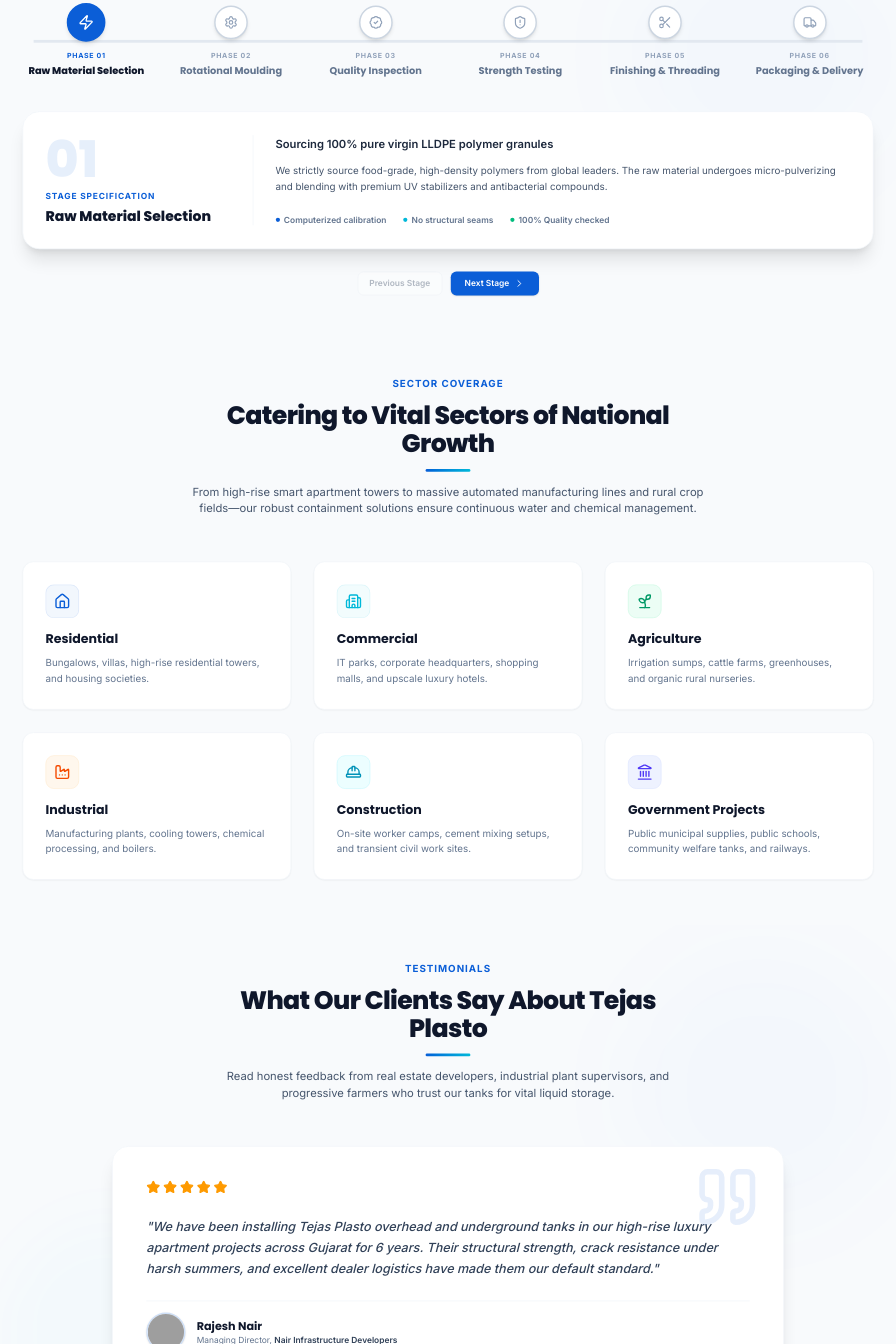
Repository: NikunjRajpara/TejasPlasto
Page: /
The author's editor kept a copy of each file at every save. The page is drawn from the files as they stood at one save, then again after the next save.
The browser window is 1280 px wide. The pictures show the part of the page from y = 4580 to 6500 px (the page is 10127 px tall before and 10103 px after), at 70% of full size.
Pictures or frames that could not be fetched are drawn as grey boxes. The project was rebuilt for these pictures with package versions that can differ from the ones it lists, and the page was loaded fresh each time. Also part of the build but not shown: vite.config.js, src/components/Certifications.jsx, src/components/QuoteModal.jsx.

Above is the page before, as saved 2026-07-08 17:06:19.

### index.html
<!doctype html>
<html lang="en">
  <head>
    <meta charset="UTF-8" />
    <meta name="viewport" content="width=device-width, initial-scale=1.0" />
    <title>Tejas Plasto - Strong, Safe, and Reliable Water Storage Tanks</title>
  </head>
  <body>
    <div id="root"></div>
    <script type="module" src="/src/main.jsx"></script>
  </body>
</html>

### src/main.jsx
import {StrictMode} from 'react';
import {createRoot} from 'react-dom/client';
import App from './App.jsx';
import './index.css';

const root = document.getElementById('root');

createRoot(root).render(
  <App />
);

### src/App.jsx
/**
 * @license
 * SPDX-License-Identifier-2.0
 */

import React, { useState } from 'react';
import Navbar from './components/Navbar';
import Hero from './components/Hero';
import CompanyOverview from './components/CompanyOverview';
import ProductCategories from './components/ProductCategories';
import WhyChooseUs from './components/WhyChooseUs';
import ManufacturingProcess from './components/ManufacturingProcess';
import IndustriesServed from './components/IndustriesServed';
import Certifications from './components/Certifications';
import Testimonials from './components/Testimonials';
import Gallery from './components/Gallery';
import FAQ from './components/FAQ';
import Contact from './components/Contact';
import Footer from './components/Footer';
import QuoteModal from './components/QuoteModal';

export default function App() {
	const [isQuoteOpen, setIsQuoteOpen] = useState(false);
	const [preSelectedCategory, setPreSelectedCategory] = useState(undefined);

	const handleOpenQuote = (category) => {
		setPreSelectedCategory(category);
		setIsQuoteOpen(true);
	};

	const handleCloseQuote = () => {
		setIsQuoteOpen(false);
		setPreSelectedCategory(undefined);
	};

	return (
		<div className="min-h-screen bg-slate-50 text-slate-800 antialiased selection:bg-primary/20 selection:text-primary">
			{/* Sticky Premium Header */}
			<Navbar onOpenQuote={() => handleOpenQuote()} />

			{/* Main Page Layout */}
			<main>
				{/* Hero Section */}
				<Hero onOpenQuote={() => handleOpenQuote()} />

				{/* Company Overview (About) */}
				<CompanyOverview />

				{/* Product Categories */}
				<ProductCategories onSelectProductForQuote={(cat) => handleOpenQuote(cat)} />

				{/* Why Choose Tejas Plasto */}
				<WhyChooseUs />

				{/* Manufacturing Process */}
				<ManufacturingProcess />

				{/* Industries Served */}
				<IndustriesServed />

				{/* Customer Testimonials Carousel */}
				<Testimonials />

				{/* Infrastructure & Project Gallery with Lightbox */}
				<Gallery />

				{/* Accordion FAQ Section */}
				<FAQ />

				{/* Contact Form & VATVA Map */}
				<Contact />
			</main>

			{/* Multi-column Polished Footer */}
			<Footer />

			{/* Interactive Sizing & Quote Request Calculator Modal */}
			<QuoteModal
				isOpen={isQuoteOpen}
				onClose={handleCloseQuote}
				initialCategory={preSelectedCategory}
			/>
		</div>
	);
}

### src/index.css
@import url('https://fonts.googleapis.com/css2?family=Poppins:wght@300;400;500;600;700;800&family=Inter:wght@300;400;500;600;700&display=swap');
@import "tailwindcss";

@theme {
  --font-sans: "Inter", ui-sans-serif, system-ui, sans-serif;
  --font-display: "Poppins", sans-serif;

  --color-primary: #0B5ED7;
  --color-secondary: #00B8D9;
  --color-accent: #F57C00;
  --color-dark-footer: #0E1726;
}

html {
  scroll-behavior: smooth;
  font-family: var(--font-sans);
}

.font-display {
  font-family: var(--font-display);
}

### src/components/Navbar.jsx
import React, { useState, useEffect } from 'react';
import { motion, AnimatePresence } from 'framer-motion';
import { Menu, X, Droplets, Phone, Calculator } from 'lucide-react';



export default function Navbar({ onOpenQuote }) {
	const [isScrolled, setIsScrolled] = useState(false);
	const [mobileMenuOpen, setMobileMenuOpen] = useState(false);
	const [activeSection, setActiveSection] = useState('home');

	const navLinks = [
		{ name: 'Home', href: '#home' },
		{ name: 'About', href: '#about' },
		{ name: 'Products', href: '#products' },
		{ name: 'Features', href: '#why-us' },
		{ name: 'Manufacturing', href: '#process' },

		{ name: 'Gallery', href: '#gallery' },
		{ name: 'FAQ', href: '#faq' },
		{ name: 'Contact', href: '#contact' },
	];

	useEffect(() => {
		const handleScroll = () => {
			setIsScrolled(window.scrollY > 20);

			// Simple active link detection
			const scrollPos = window.scrollY + 100;
			for (const link of navLinks) {
				const el = document.querySelector(link.href);
				if (el) {
					const offsetTop = el.offsetTop;
					const offsetHeight = el.offsetHeight;
					if (scrollPos >= offsetTop && scrollPos < offsetTop + offsetHeight) {
						setActiveSection(link.href.slice(1));
					}
				}
			}
		};

		window.addEventListener('scroll', handleScroll);
		return () => window.removeEventListener('scroll', handleScroll);
	}, []);

	return (
		<>
			<header
				className={`fixed top-0 left-0 right-0 z-40 transition-all duration-300 ${isScrolled
					? 'bg-white/80 backdrop-blur-md shadow-sm border-b border-slate-200/50 py-3'
					: 'bg-transparent py-5'
					}`}
				id="app-header"
			>
				<div className="max-w-7xl mx-auto px-4 sm:px-6 lg:px-8">
					<div className="flex items-center justify-between">
						{/* Logo */}
						<a href="#home" className="flex items-center gap-2.5 group" id="logo-link">
							<div className="w-10 h-10 bg-primary rounded-xl flex items-center justify-center text-white shadow-md shadow-primary/20 group-hover:scale-105 transition-transform">
								<Droplets className="w-6 h-6 animate-pulse" />
							</div>
							<div>
								<span className="font-display font-bold text-xl tracking-tight text-slate-900">
									TEJAS <span className="text-secondary">PLASTO</span>
								</span>
								<span className="block text-[9px] text-slate-500 font-semibold tracking-widest uppercase -mt-1">
									Water Storage Solutions
								</span>
							</div>
						</a>

						{/* Desktop Navigation */}
						<nav className="hidden lg:flex items-center gap-1" id="desktop-nav">
							{navLinks.map((link) => (
								<a
									key={link.name}
									href={link.href}
									className={`px-3.5 py-2 rounded-lg text-sm font-medium transition-colors ${activeSection === link.href.slice(1)
										? 'text-primary bg-primary/5'
										: 'text-slate-600 hover:text-slate-900 hover:bg-slate-50'
										}`}
								>
									{link.name}
								</a>
							))}
						</nav>

						{/* CTA Buttons */}
						<div className="hidden sm:flex items-center gap-3">
							<a
								href="tel:+919898625850"
								className="flex items-center gap-2 text-sm font-medium text-slate-600 hover:text-primary transition-colors px-3 py-2"
								id="header-phone-link"
							>
								<Phone className="w-4 h-4 text-primary" />
								<span className="hidden md:inline">+91 98986 25850</span>
							</a>
							<button
								onClick={onOpenQuote}
								className="px-4 py-2 bg-primary hover:bg-primary/95 text-white text-sm font-semibold rounded-xl flex items-center gap-2 shadow-md shadow-primary/10 transition-all hover:translate-y-[-1px]"
								id="header-quote-btn"
							>
								<Calculator className="w-4 h-4" /> Get a Quote
							</button>
						</div>

						{/* Mobile Toggle */}
						<button
							onClick={() => setMobileMenuOpen(!mobileMenuOpen)}
							className="lg:hidden p-2 rounded-xl border border-slate-200/60 hover:bg-slate-50 text-slate-700 transition-colors"
							aria-label="Toggle menu"
							id="mobile-menu-toggle"
						>
							{mobileMenuOpen ? <X className="w-6 h-6" /> : <Menu className="w-6 h-6" />}
						</button>
					</div>
				</div>
			</header>

			{/* Mobile Menu Drawer */}
			{/* Mobile Menu Drawer */}
			<AnimatePresence>
				{mobileMenuOpen && (
					<>
						{/* Backdrop */}
						<motion.div
							initial={{ opacity: 0 }}
							animate={{ opacity: 1 }}
							exit={{ opacity: 0 }}
							onClick={() => setMobileMenuOpen(false)}
							className="fixed inset-0 bg-slate-900/30 backdrop-blur-xs z-30 lg:hidden"
							id="mobile-nav-backdrop"
						/>

						{/* Drawer */}
						<motion.div
							initial={{ x: '100%' }}
							animate={{ x: 0 }}
							exit={{ x: '100%' }}
							transition={{ type: 'tween', duration: 0.3 }}
							className="fixed top-0 right-0 bottom-0 w-80 bg-white z-35 shadow-2xl flex flex-col p-6 lg:hidden"
							id="mobile-nav-drawer"
						>
							{/* Existing drawer content */}
						</motion.div>
					</>
				)}
			</AnimatePresence>
		</>
	);
}

### src/components/WhyChooseUs.jsx
import React from 'react';
import { motion } from 'motion/react';
import { ShieldCheck, Sun, Droplets, Sparkles, Activity, ShieldAlert, Wrench, Award, ArrowRight } from 'lucide-react';
import { FEATURES } from '../data';

export default function WhyChooseUs() {
	const getIcon = (iconName) => {
		switch (iconName) {
			case 'ShieldCheck':
				return <ShieldCheck className="w-6 h-6 text-emerald-600" />;
			case 'Sun':
				return <Sun className="w-6 h-6 text-orange-600" />;
			case 'Droplets':
				return <Droplets className="w-6 h-6 text-blue-600" />;
			case 'Sparkles':
				return <Sparkles className="w-6 h-6 text-teal-600" />;
			case 'Activity':
				return <Activity className="w-6 h-6 text-primary" />;
			case 'ShieldAlert':
				return <ShieldAlert className="w-6 h-6 text-rose-600" />;
			case 'Wrench':
				return <Wrench className="w-6 h-6 text-indigo-600" />;
			case 'Award':
				return <Award className="w-6 h-6 text-amber-600" />;
			default:
				return <ShieldCheck className="w-6 h-6 text-primary" />;
		}
	};

	const getBgColor = (iconName) => {
		switch (iconName) {
			case 'ShieldCheck': return 'bg-emerald-50 text-emerald-700';
			case 'Sun': return 'bg-orange-50 text-orange-700';
			case 'Droplets': return 'bg-blue-50 text-blue-700';
			case 'Sparkles': return 'bg-teal-50 text-teal-700';
			case 'Activity': return 'bg-blue-50 text-blue-700';
			case 'ShieldAlert': return 'bg-rose-50 text-rose-700';
			case 'Wrench': return 'bg-indigo-50 text-indigo-700';
			case 'Award': return 'bg-amber-50 text-amber-700';
			default: return 'bg-blue-50 text-blue-700';
		}
	};

	return (
		<section id="why-us" className="py-13 bg-white relative overflow-hidden">
			{/* Visual background accents */}
			<div className="absolute top-1/2 left-10 w-72 h-72 bg-orange-500/3 rounded-full blur-2xl pointer-events-none" />

			<div className="max-w-7xl mx-auto px-4 sm:px-6 lg:px-8 relative z-10">

				{/* Section Header */}
				<div className="text-center max-w-3xl mx-auto mb-16 space-y-4">
					<span className="text-sm font-bold text-primary uppercase tracking-widest block">THE TEJAS PLASTO EDGE</span>
					<h2 className="text-3xl sm:text-4xl font-display font-extrabold text-slate-900 tracking-tight">
						Excellence Engineering. Ultimate Liquid Safety.
					</h2>
					<div className="w-16 h-1 bg-gradient-to-r from-primary to-secondary mx-auto rounded" />
					<p className="text-slate-600">
						We build tanks with precise multi-layer engineering to isolate your stored water from intense heat, external impacts, algae formation and structural cracking.
					</p>
				</div>
				{/* Feature Cards Grid */}
				<div
					className="flex flex-wrap justify-center gap-6"
					id="features-cards-grid"
				>
					{FEATURES.map((feat, index) => (
						<motion.div
							key={feat.id}
							whileHover={{ y: -6 }}
							transition={{ duration: 0.2 }}
							className="w-full sm:w-[calc(50%-12px)] lg:w-[calc(25%-18px)] p-8 bg-slate-50 border border-slate-200 rounded-3xl flex flex-col justify-between hover:bg-white hover:shadow-xl hover:border-slate-300 transition-all group"
						>
							<div className="space-y-6">
								{/* Icon wrapper */}
								<div
									className={`w-12 h-12 rounded-2xl flex items-center justify-center ${getBgColor(
										feat.iconName
									)} group-hover:scale-110 transition-transform`}
								>
									{getIcon(feat.iconName)}
								</div>

								<div className="space-y-1.5">
									<h3 className="font-display font-bold text-slate-900 text-base">
										{feat.title}
									</h3>
									<p className="text-xs text-slate-500 leading-relaxed">
										{feat.description}
									</p>
								</div>
							</div>

							{/* Bottom Text */}
							<div className="pt-4 mt-4 border-t border-slate-200/50 flex items-center text-[10px] font-bold text-slate-400 group-hover:text-primary transition-colors">
								ENGINEERED GUARANTEE • 100% RELIABLE
							</div>
						</motion.div>
					))}
				</div>

			</div>
		</section>
	);
}

### src/components/IndustriesServed.jsx
import React from 'react';
import { motion } from 'motion/react';
import { Home, Building2, Sprout, Factory, HardHat, Landmark } from 'lucide-react';
import { INDUSTRIES } from '../data';

export default function IndustriesServed() {
  const getIcon = (iconName) => {
    switch (iconName) {
      case 'Home': return <Home className="w-6 h-6 text-primary" />;
      case 'Building2': return <Building2 className="w-6 h-6 text-secondary" />;
      case 'Sprout': return <Sprout className="w-6 h-6 text-emerald-600" />;
      case 'Factory': return <Factory className="w-6 h-6 text-orange-600" />;
      case 'HardHat': return <HardHat className="w-6 h-6 text-cyan-600" />;
      case 'Milestone': return <Landmark className="w-6 h-6 text-indigo-600" />;
      default: return <Home className="w-6 h-6 text-primary" />;
    }
  };

  const getAccentBg = (iconName) => {
    switch (iconName) {
      case 'Home': return 'bg-primary/5 text-primary border-primary/10';
      case 'Building2': return 'bg-secondary/5 text-secondary border-secondary/10';
      case 'Sprout': return 'bg-emerald-50 text-emerald-600 border-emerald-100';
      case 'Factory': return 'bg-orange-50 text-orange-600 border-orange-100';
      case 'HardHat': return 'bg-cyan-50 text-cyan-600 border-cyan-100';
      case 'Milestone': return 'bg-indigo-50 text-indigo-600 border-indigo-100';
      default: return 'bg-blue-50 text-blue-600 border-blue-100';
    }
  };

  return (
    <section id="industries" className="py-16 bg-slate-50 relative overflow-hidden">
      <div className="max-w-7xl mx-auto px-4 sm:px-6 lg:px-8 relative z-10">

        {/* Section Header */}
        <div className="text-center max-w-3xl mx-auto mb-16 space-y-4">
          <span className="text-sm font-bold text-primary uppercase tracking-widest block">SECTOR COVERAGE</span>
          <h2 className="text-3xl sm:text-4xl font-display font-extrabold text-slate-900 tracking-tight">
            Catering to Vital Sectors of National Growth
          </h2>
          <div className="w-16 h-1 bg-gradient-to-r from-primary to-secondary mx-auto rounded" />
          <p className="text-slate-600">
            From high-rise smart apartment towers to massive automated manufacturing lines and rural crop fields—our robust containment solutions ensure continuous water and chemical management.
          </p>
        </div>

        {/* Sector Grid */}
        <div className="grid grid-cols-1 sm:grid-cols-2 lg:grid-cols-3 gap-8" id="industries-grid">
          {INDUSTRIES.map((ind, index) => (
            <motion.div
              key={ind.name}
              initial={{ opacity: 0, y: 15 }}
              whileInView={{ opacity: 1, y: 0 }}
              viewport={{ once: true, margin: '-40px' }}
              transition={{ delay: index * 0.05, duration: 0.4 }}
              className="bg-white border border-slate-100 p-8 rounded-2xl shadow-xs hover:shadow-xl hover:border-slate-100 transition-all group relative flex flex-col justify-between"
            >
              <div className="space-y-4">
                {/* Icon Circle */}
                <div className={`w-12 h-12 rounded-xl flex items-center justify-center border ${getAccentBg(ind.icon)} group-hover:scale-110 transition-transform`}>
                  {getIcon(ind.icon)}
                </div>

                <div className="space-y-2">
                  <h3 className="font-display font-bold text-slate-900 text-lg">
                    {ind.name}
                  </h3>
                  <p className="text-xs sm:text-sm text-slate-500 leading-relaxed">
                    {ind.description}
                  </p>
                </div>
              </div>

              {/* Bottom decorative anchor tag */}

            </motion.div>
          ))}
        </div>

      </div>
    </section>
  );
}

### src/components/FAQ.jsx
import React, { useState } from 'react';
import { motion, AnimatePresence } from 'motion/react';
import { HelpCircle, ChevronDown, ChevronUp } from 'lucide-react';
import { FAQS } from '../data';

export default function FAQ() {
  const [openId, setOpenId] = useState('faq1');

  const toggleFAQ = (id) => {
    setOpenId(prev => (prev === id ? null : id));
  };

  return (
    <section id="faq" className="py-16 bg-white relative overflow-hidden">
      <div className="absolute left-0 top-1/3 w-72 h-72 bg-secondary/2 rounded-full blur-2xl pointer-events-none" />

      <div className="max-w-4xl mx-auto px-4 sm:px-6 lg:px-8 relative z-10">

        {/* Section Header */}
        <div className="text-center max-w-2xl mx-auto mb-16 space-y-4">
          <span className="text-sm font-bold text-primary uppercase tracking-widest block">LEARN MORE</span>
          <h2 className="text-3xl sm:text-4xl font-display font-extrabold text-slate-900 tracking-tight">
            Frequently Asked Questions
          </h2>
          <div className="w-16 h-1 bg-gradient-to-r from-primary to-secondary mx-auto rounded" />
          <p className="text-slate-600">
            Have structural or installation questions? Browse through our technical guide or reach out to our support helpline.
          </p>
        </div>

        {/* Accordion List */}
        <div className="space-y-4" id="faq-accordions">
          {FAQS.map((faq) => {
            const isOpen = openId === faq.id;

            return (
              <div
                key={faq.id}
                className={`border rounded-3xl transition-all duration-300 ${
                  isOpen
                    ? 'border-primary bg-slate-50/50 shadow-sm'
                    : 'border-slate-200 hover:border-slate-300 bg-white'
                }`}
                id={`faq-item-${faq.id}`}
              >
                {/* Trigger Header Button */}
                <button
                  onClick={() => toggleFAQ(faq.id)}
                  className="w-full text-left px-6 py-5 flex items-center justify-between gap-4 font-display font-bold text-slate-800 hover:text-slate-900 focus:outline-none transition-colors cursor-pointer"
                >
                  <span className="flex items-center gap-3 text-sm sm:text-base">
                    <HelpCircle className={`w-5 h-5 shrink-0 ${isOpen ? 'text-primary' : 'text-slate-400'}`} />
                    {faq.question}
                  </span>
                  {isOpen ? (
                    <ChevronUp className="w-5 h-5 text-primary shrink-0" />
                  ) : (
                    <ChevronDown className="w-5 h-5 text-slate-400 shrink-0" />
                  )}
                </button>

                {/* Collapsible Answer Pane */}
                <AnimatePresence initial={false}>
                  {isOpen && (
                    <motion.div
                      initial={{ height: 0, opacity: 0 }}
                      animate={{ height: 'auto', opacity: 1 }}
                      exit={{ height: 0, opacity: 0 }}
                      transition={{ duration: 0.25, ease: 'easeInOut' }}
                      className="overflow-hidden"
                    >
                      <div className="px-6 pb-6 pt-1 text-xs sm:text-sm text-slate-600 leading-relaxed border-t border-slate-100 mt-1">
                        {faq.answer}
                      </div>
                    </motion.div>
                  )}
                </AnimatePresence>
              </div>
            );
          })}
        </div>

        {/* Sticky footer help block */}
        <div className="mt-12 text-center bg-slate-50 border border-slate-200 p-6 rounded-3xl flex flex-col sm:flex-row items-center justify-between gap-4 max-w-2xl mx-auto">
          <div className="text-left space-y-1">
            <h4 className="font-display font-bold text-sm text-slate-900">Still have unanswered questions?</h4>
            <p className="text-xs text-slate-500">Our commercial engineers are ready to assist you with blueprints.</p>
          </div>
          <a
            href="#contact"
            className="px-5 py-2.5 bg-slate-900 hover:bg-slate-800 text-white font-semibold text-xs rounded-xl shadow-sm transition-all whitespace-nowrap"
          >
            Contact Support Helpline
          </a>
        </div>

      </div>
    </section>
  );
}

Loaded but not shown: src/data.js (242 lines, source omitted); src/components/ProductCategories.jsx (309 lines, source omitted); src/components/Contact.jsx (354 lines, source omitted); src/components/ManufacturingProcess.jsx (176 lines, source omitted); src/components/CompanyOverview.jsx (152 lines, source omitted); src/components/Gallery.jsx (190 lines, source omitted); src/components/Hero.jsx (153 lines, source omitted); src/components/Footer.jsx (133 lines, source omitted); src/components/Testimonials.jsx (119 lines, source omitted)

After the next save:
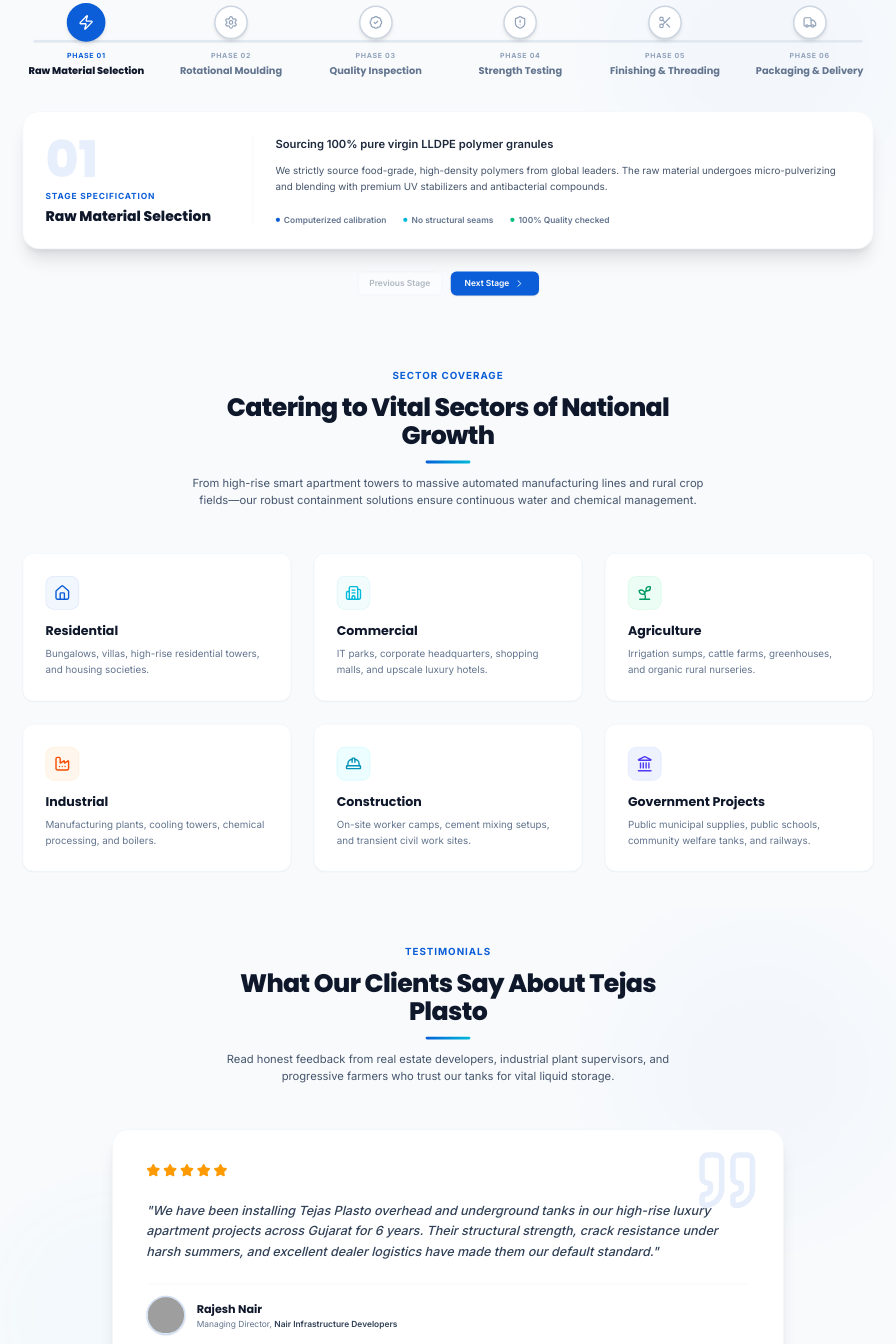
Saved 9 s later.
--- a/src/components/IndustriesServed.jsx
+++ b/src/components/IndustriesServed.jsx
@@ -29,7 +29,7 @@
   };
 
   return (
-    <section id="industries" className="py-16 bg-slate-50 relative overflow-hidden">
+    <section id="industries" className="py-13 bg-slate-50 relative overflow-hidden">
       <div className="max-w-7xl mx-auto px-4 sm:px-6 lg:px-8 relative z-10">
 
         {/* Section Header */}
